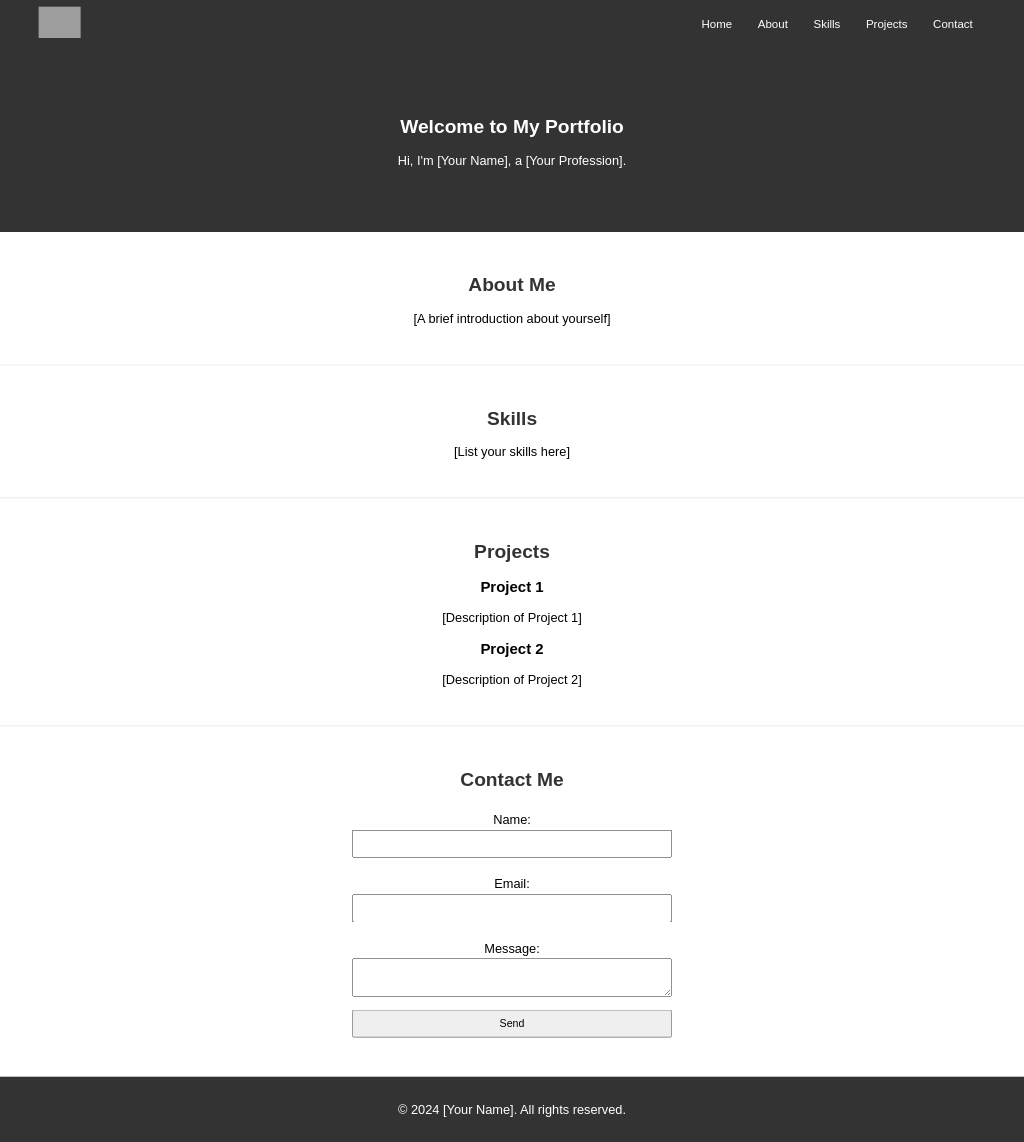
Repository: 4Kbrain/Portofolio
Page: index.html
These files come from the project's save history. The page is drawn as it stood at one moment and after the next save; the edit follows.
The browser window is 1280 px wide. The pictures show the whole page, at 80% of full size.
Pictures or frames that could not be fetched are drawn as grey boxes.

Above is the page before, as saved 2024-05-15 07:50:26.

### index.html
<!DOCTYPE html>
<html lang="en">
<head>
    <meta charset="UTF-8">
    <meta name="viewport" content="width=device-width, initial-scale=1.0">
    <title>My Portfolio</title>
    <link rel="stylesheet" href="styles.css">
</head>
<body>
    <header>
        <nav>
            <div class="logo">
                <img src="logo.png" alt="Logo">
            </div>
            <ul>
                <li><a href="#home">Home</a></li>
                <li><a href="#about">About</a></li>
                <li><a href="#skills">Skills</a></li>
                <li><a href="#projects">Projects</a></li>
                <li><a href="#contact">Contact</a></li>
            </ul>
        </nav>
    </header>

    <section id="home">
        <h1>Welcome to My Portfolio</h1>
        <p>Hi, I'm [Your Name], a [Your Profession].</p>
    </section>

    <section id="about">
        <h2>About Me</h2>
        <p>[A brief introduction about yourself]</p>
    </section>

    <section id="skills">
        <h2>Skills</h2>
        <p>[List your skills here]</p>
    </section>

    <section id="projects">
        <h2>Projects</h2>
        <div class="project">
            <h3>Project 1</h3>
            <p>[Description of Project 1]</p>
        </div>
        <div class="project">
            <h3>Project 2</h3>
            <p>[Description of Project 2]</p>
        </div>
        <!-- Add more projects as needed -->
    </section>

    <section id="contact">
        <h2>Contact Me</h2>
        <form id="contact-form">
            <label for="name">Name:</label>
            <input type="text" id="name" name="name" required>

            <label for="email">Email:</label>
            <input type="email" id="email" name="email" required>

            <label for="message">Message:</label>
            <textarea id="message" name="message" required></textarea>

            <button type="submit">Send</button>
        </form>
    </section>

    <footer>
        <p>&copy; 2024 [Your Name]. All rights reserved.</p>
    </footer>
</body>
</html>

### styles.css
body {
    font-family: Arial, sans-serif;
    margin: 0;
    padding: 0;
    box-sizing: border-box;
}

header {
    background-color: #333;
    color: white;
    padding: 0.5rem 1rem;
}

nav {
    display: flex;
    justify-content: space-between;
    align-items: center;
    padding: 0 2rem; /* Add padding to the left and right */
}

nav .logo img {
    height: 40px; /* Adjust the height of the logo as needed */
}

nav ul {
    list-style: none;
    padding: 0;
    margin: 0;
    display: flex;
}

nav ul li {
    margin: 0 1rem;
}

nav ul li a {
    color: white;
    text-decoration: none;
    font-size: 0.9rem; /* Smaller font size for navbar items */
}

section {
    padding: 2rem;
    text-align: center;
}

#home {
    background: #333; /* Same background color as the navbar */
    color: white; /* Ensure text is readable on dark background */
    padding: 4rem 2rem;
}

#about, #skills, #projects, #contact {
    background: #fff;
    border-bottom: 1px solid #ddd;
}

#about h2, #skills h2, #projects h2, #contact h2 {
    color: #333;
}

.project {
    margin: 1rem 0;
}

form {
    display: flex;
    flex-direction: column;
    max-width: 400px;
    margin: 0 auto;
}

form label {
    margin: 0.5rem 0 0.2rem;
}

form input, form textarea, form button {
    padding: 0.5rem;
    margin-bottom: 1rem;
}

footer {
    background-color: #333;
    color: white;
    text-align: center;
    padding: 1rem 0;
}

After the next save:
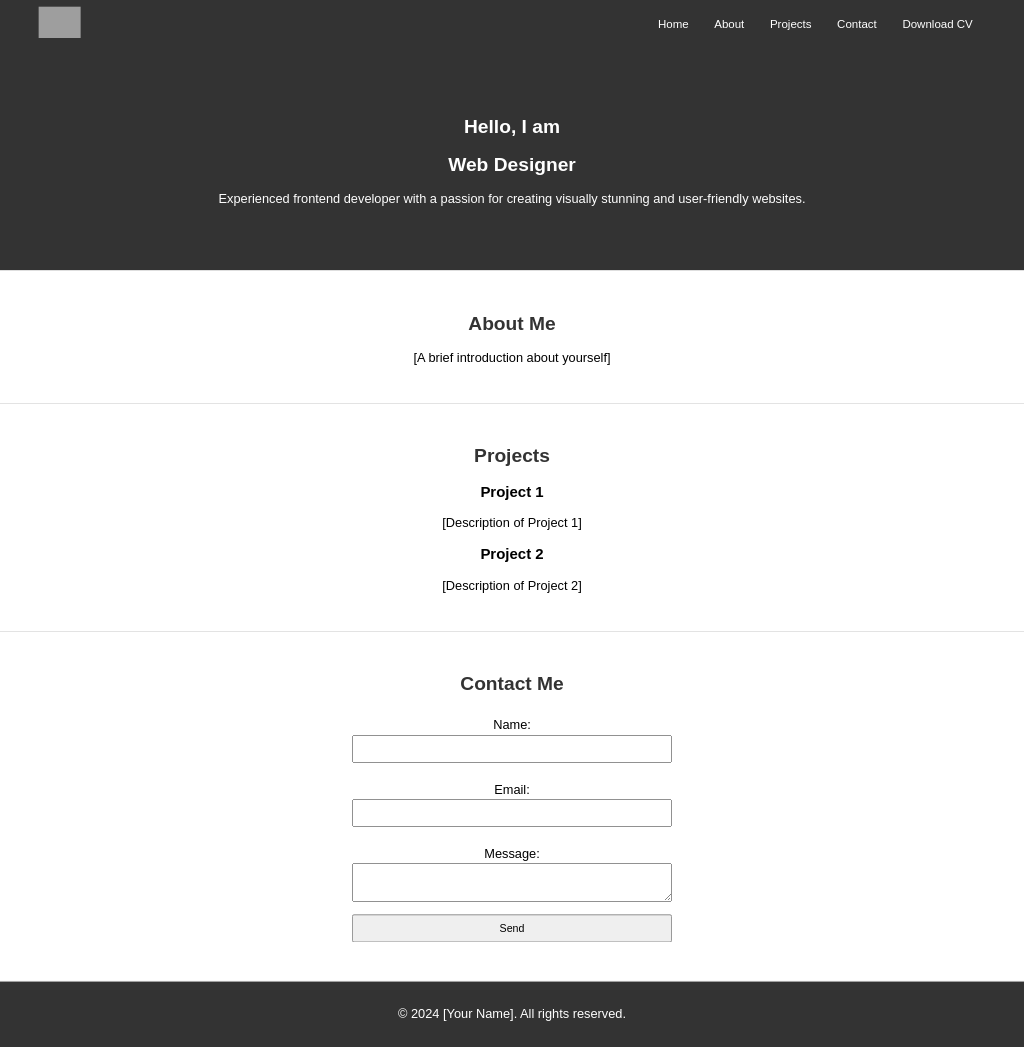
Saved 3 min 14 s later.
--- a/index.html
+++ b/index.html
@@ -15,26 +15,22 @@
             <ul>
                 <li><a href="#home">Home</a></li>
                 <li><a href="#about">About</a></li>
-                <li><a href="#skills">Skills</a></li>
                 <li><a href="#projects">Projects</a></li>
                 <li><a href="#contact">Contact</a></li>
+                <li><a href="#download-cv" class="download-cv">Download CV</a></li>
             </ul>
         </nav>
     </header>
 
     <section id="home">
-        <h1>Welcome to My Portfolio</h1>
-        <p>Hi, I'm [Your Name], a [Your Profession].</p>
+        <h1>Hello, I am</h1>
+        <h2>Web Designer</h2>
+        <p>Experienced frontend developer with a passion for creating visually stunning and user-friendly websites.</p>
     </section>
 
     <section id="about">
         <h2>About Me</h2>
         <p>[A brief introduction about yourself]</p>
-    </section>
-
-    <section id="skills">
-        <h2>Skills</h2>
-        <p>[List your skills here]</p>
     </section>
 
     <section id="projects">
